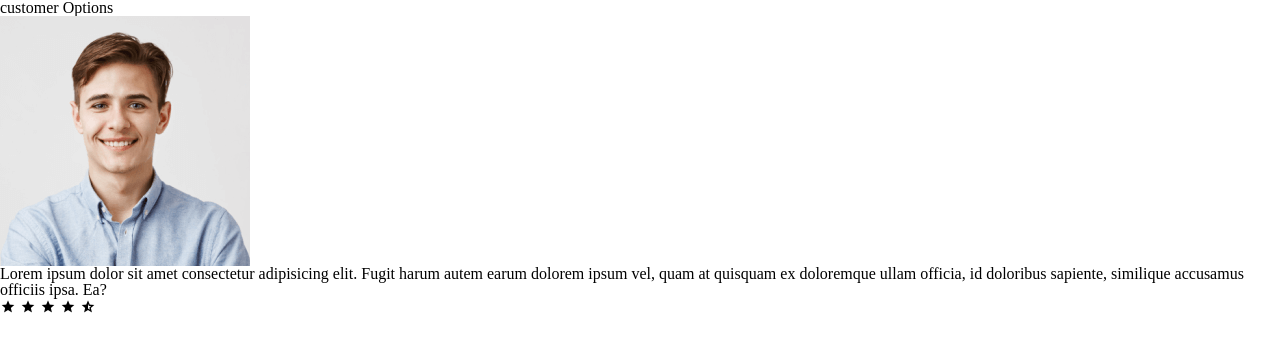
Repository: dinhhaidh/slider-3
Page: index.html
An editor plug-in stored every save of this project. The page is shown before and after a run of saves, followed by the edit.
The browser window is 1280 px wide. The pictures show the whole page.

Above is the page before, as saved 2024-03-22 20:09:10.

### index.html
<!DOCTYPE html>
<html lang="en">
<head>
    <meta charset="UTF-8">
    <meta name="viewport" content="width=device-width, initial-scale=1.0">
    <title>Document</title>
    <link rel="stylesheet" href="https://cdnjs.cloudflare.com/ajax/libs/remixicon/4.2.0/remixicon.min.css">

    <link rel="stylesheet" href="style.css">

</head>
<body>
    <div class="customer">
        <h3 class="customer__title">customer Options</h3>
        <div class="customer__container container">
            <div class="customer__swiper">
                <div>
                    <article class="customer__article">
                        <img src="./img1.png" alt="image" class="customer__img">

                        <p>
                            Lorem ipsum dolor sit amet consectetur adipisicing elit. Fugit harum autem earum dolorem ipsum vel, quam at quisquam ex doloremque ullam officia, id doloribus sapiente, similique accusamus officiis ipsa. Ea?
                        </p>

                        <div class="customer__star">
                            <i class="ri-star-s-fill"></i>
                            <i class="ri-star-s-fill"></i>
                            <i class="ri-star-s-fill"></i>
                            <i class="ri-star-s-fill"></i>
                            <i class="ri-star-half-s-line"></i>
                        </div>
                    </article>
                </div>
            </div>
        </div>
    </div>
</body>
</html>

### style.css
*,
*:before,
*:after {
  box-sizing: border-box;
}
* {
  margin: 0;
  padding: 0;
  font: inherit;
}
img,
picture,
svg,
video {
  display: block;
  max-width: 100%;
}
input,
select,
textarea {
  background-color: transparent;
  outline: none;
}
button {
  cursor: pointer;
  background-color: transparent;
  outline: none;
  border: 0;
}
body {
  min-height: 100vh;
  font-weight: 400;
  font-size: 16px;
  line-height: 1;
}

After the next 2 saves:
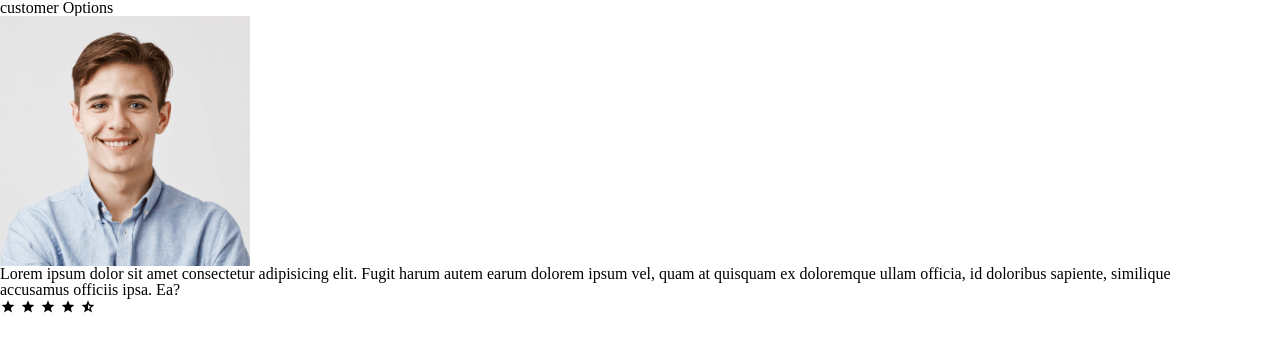
The 2 saves are shown as one change because they came seconds apart.
The last was saved 47 s later.
--- a/style.css
+++ b/style.css
@@ -33,3 +33,8 @@ body {
   font-size: 16px;
   line-height: 1;
 }
+
+
+.container{
+    max-width: 1220px;
+}
